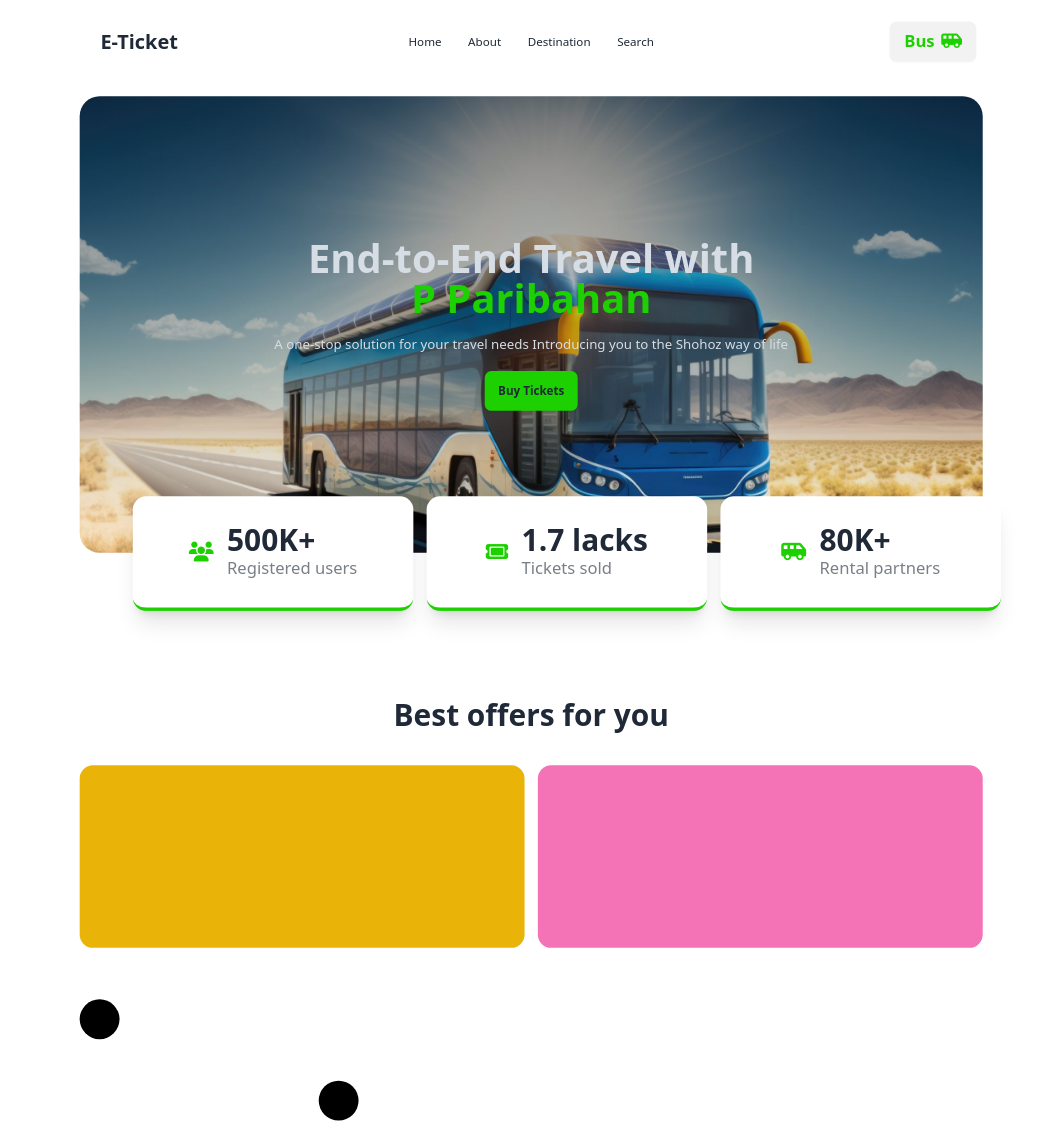
Repository: RudrasahaDibos/Smart-ticketing
Page: index.html
The author's editor kept a copy of each file at every save. The page is drawn from the files as they stood at one save, then again after a run of saves.
The browser window is 1280 px wide. The pictures show the whole page, at 83% of full size.
Some web fonts or font styles are not loaded; a fallback is used. Some web libraries are served in a nearby version.

Above is the page before, as saved 2024-11-10 01:17:14.

After the next 2 saves:
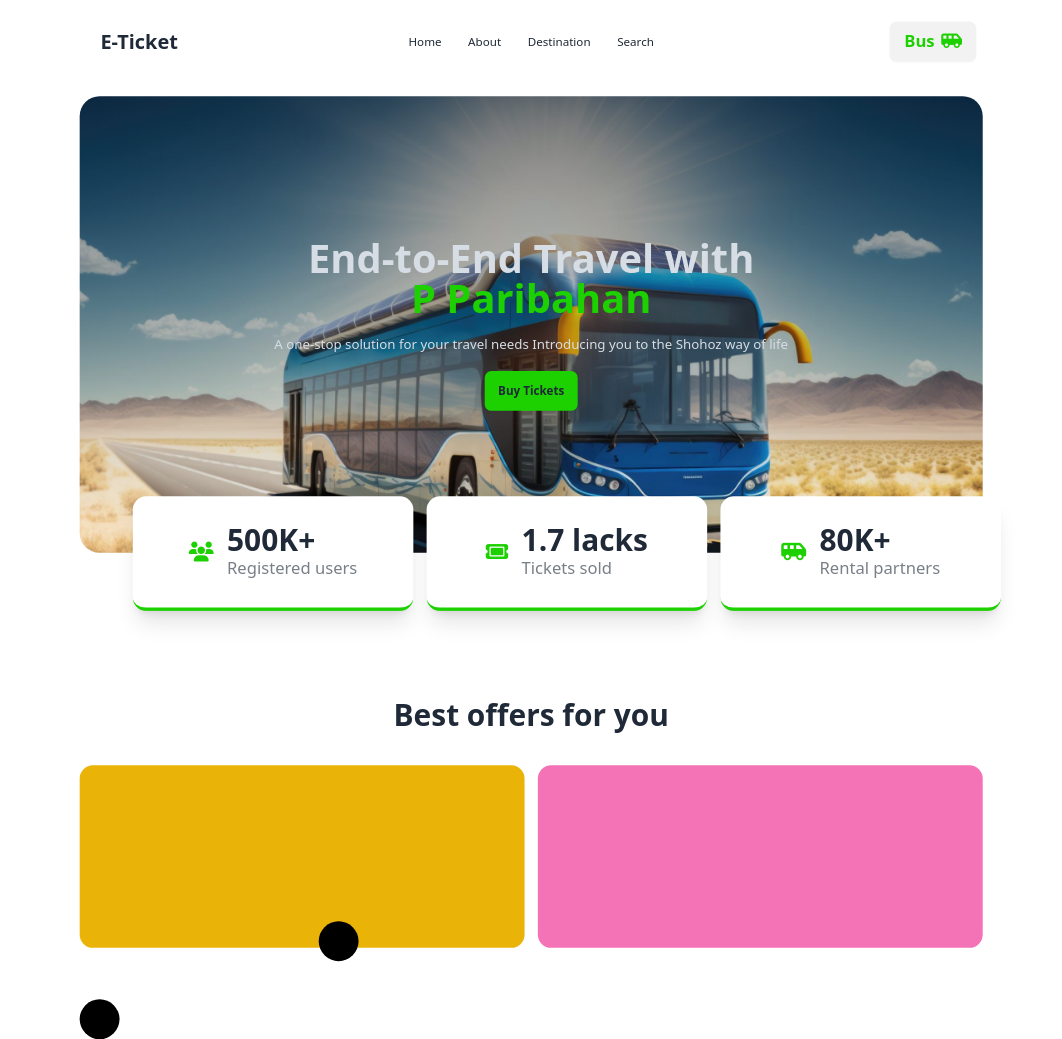
The 2 saves are shown as one change because they came seconds apart.
The last was saved 17 s later.
--- a/index.html
+++ b/index.html
@@ -156,7 +156,7 @@
 
                                 <div class="flex gap-4 mt-10">
                                     <div class="bg-yellow-500  w-[573px] h-[220px] relative rounded-2xl">
-                                               <p class="bg-black w-[48px] h-[48px] absolute mx-auto rounded-full  -bottom-52 ml-72 "></p>
+                                               <p class="bg-black w-[48px] h-[48px] absolute mx-auto rounded-full  -bottom-4 ml-72 "></p>
                                                <p class="bg-black w-[48px] h-[48px] absolute mx-auto rounded-full -bottom-2/4  "></p>
                                     </div>
                                     <div class="bg-pink-400   w-[573px] h-[220px] rounded-2xl">
